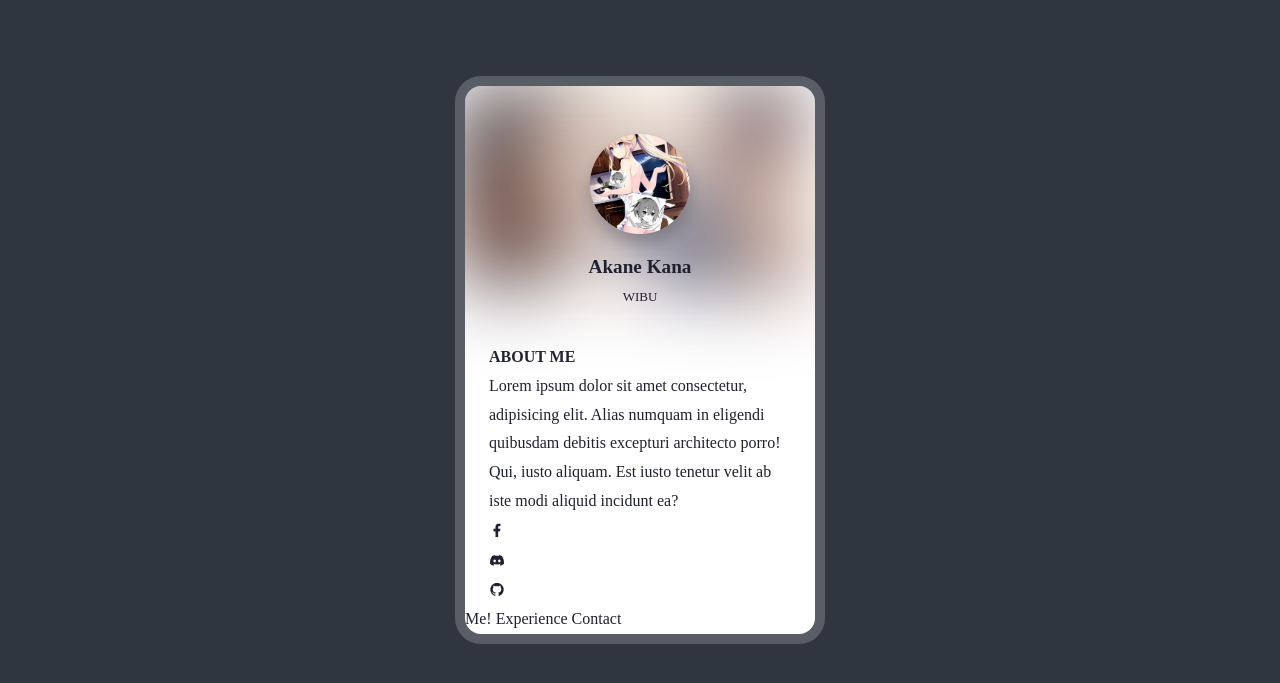
Repository: AkaneKana/AkaneKana
Page: index.html
The author's editor kept a copy of each file at every save. The page is drawn from the files as they stood at one save, then again after the next save.
The browser window is 1280 px wide. The pictures show the whole page.
Some web fonts or font styles are not loaded; a fallback is used. Some web libraries are served in a nearby version.

Above is the page before, as saved 2023-05-19 15:31:05.

After the next save:
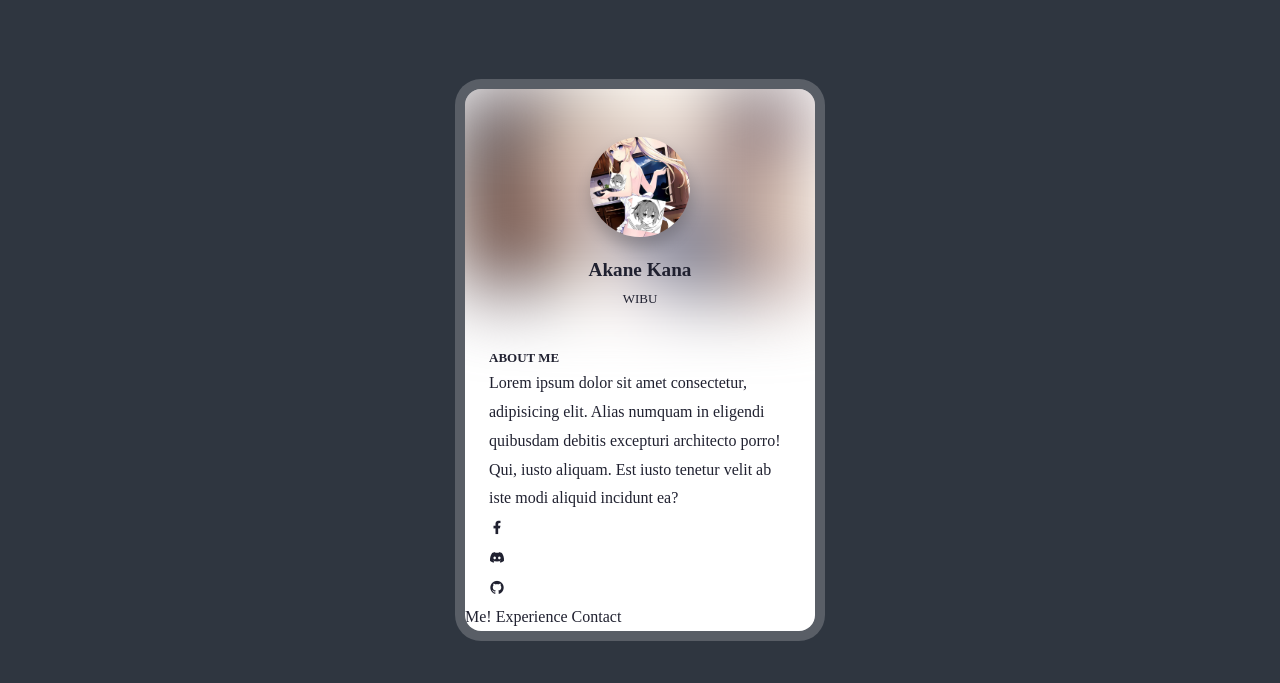
Saved 6 s later.
--- a/style.css
+++ b/style.css
@@ -127,5 +127,6 @@
 }
 
 .card .section-title {
-  font-size: ;
+  font-size: 0.813em;
+
 }
